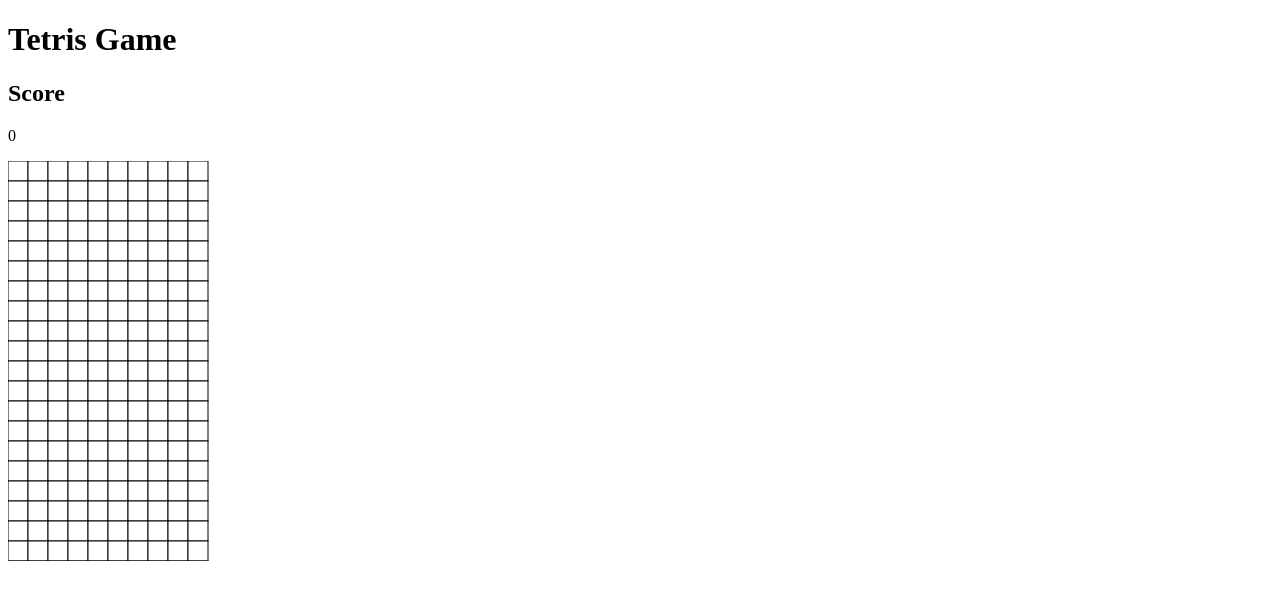
Repository: nlbien22/games
Page: Tetris/index.html
The author's editor kept a copy of each file at every save. The page is drawn from the files as they stood at one save, then again after a run of saves.
The browser window is 1280 px wide. The pictures show the whole page.

Above is the page before, as saved 2024-11-14 21:48:30.

### Tetris/index.html
<!DOCTYPE html>
<html lang="en">
<head>
    <meta charset="UTF-8">
    <meta name="viewport" content="width=device-width, initial-scale=1.0">
    <title>Tetris</title>
</head>
<body>
    <h1>Tetris Game</h1>
    <div class="score-box">
        <h2>Score</h2>
        <p id="score">0</p>
    </div>
    <div class="game">
        <canvas id="tetris" width="240" height="400">
        </canvas>
    </div>
    <script src="script.js"></script>
</body>
</html>

### Tetris/script.js
const canvas = document.getElementById('tetris');
const context = canvas.getContext('2d');

const ROW = 40;
const COL = 10;
const SQ = 20;
const COLOR = 'WHITE';

function drawSquare(x, y, color) {
    context.fillStyle = color;
    context.fillRect(x * SQ, y * SQ, SQ, SQ);
    context.strokeStyle = 'BLACK';
    context.strokeRect(x * SQ, y * SQ, SQ, SQ);
}

let board = [];
for (let r = 0; r < ROW; r++) {
    board[r] = [];
    for (let c = 0; c < COL; c++) {
        board[r][c] = COLOR;
    }
}

function drawBoard() {
    for (let r = 0; r < ROW; r++) {
        for (let c = 0; c < COL; c++) {
            drawSquare(c, r, board[r][c]);
        }
    }
}

drawBoard();

After the next 2 saves:
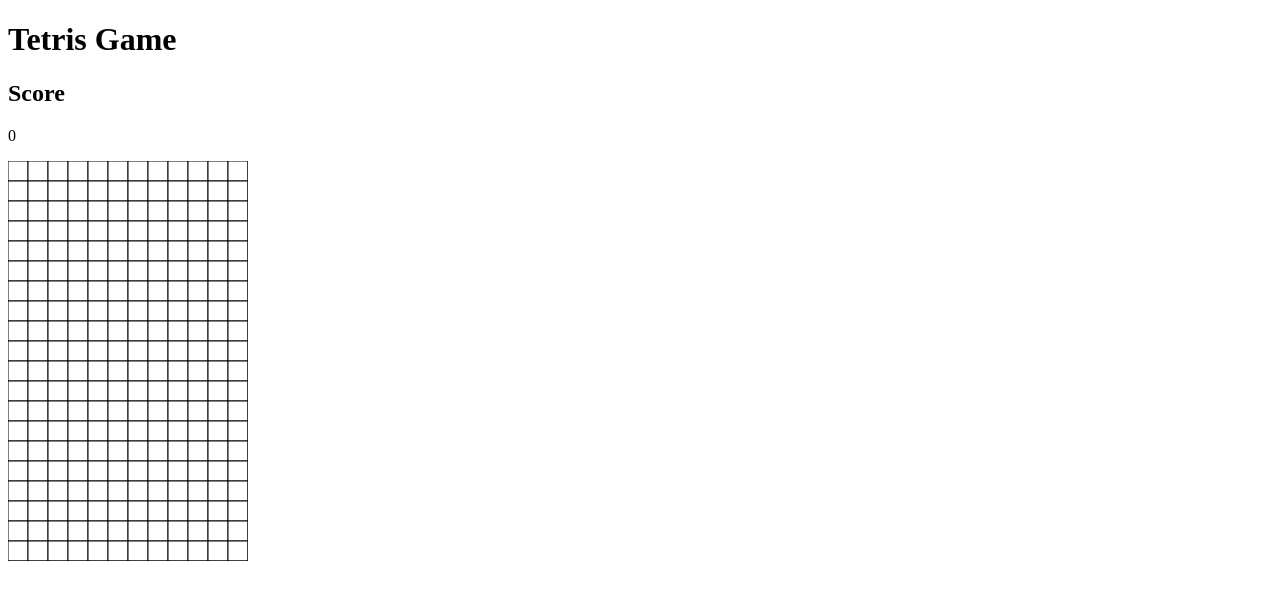
The 2 saves are shown as one change because they came seconds apart.
The last was saved 7 s later.
--- a/Tetris/script.js
+++ b/Tetris/script.js
@@ -2,7 +2,7 @@
 const context = canvas.getContext('2d');
 
 const ROW = 40;
-const COL = 10;
+const COL = 30;
 const SQ = 20;
 const COLOR = 'WHITE';
 
